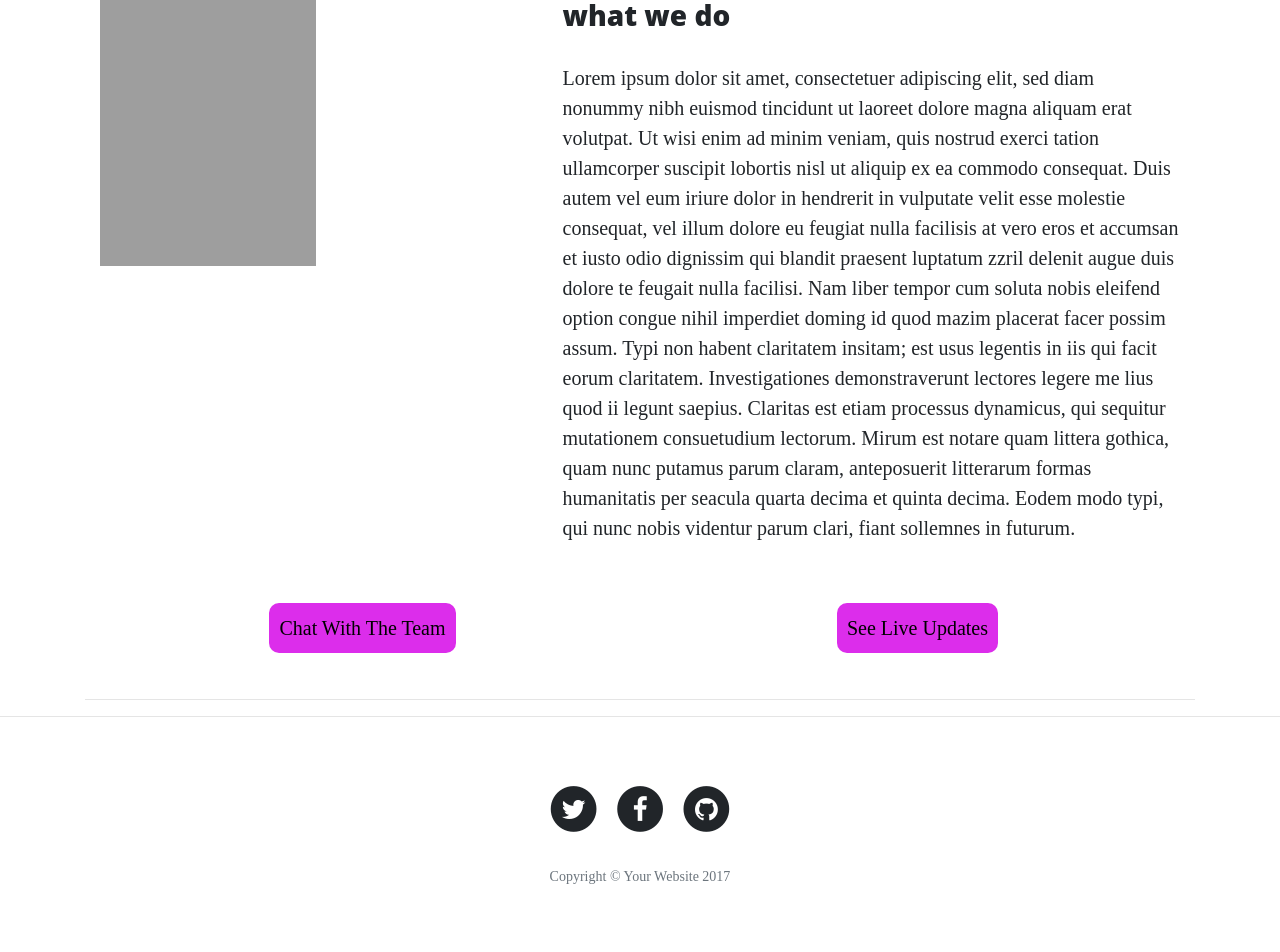
Repository: cachimiro/los-pochoclos
Page: http://localhost/charity
The author's editor kept a record of every edit. The page is drawn from the files as they stood at one moment, then again after the next edit.
The browser window is 1280 px wide. The pictures show the part of the page from y = 1902 to 2854 px (the page is 2854 px tall).
Pictures or frames that could not be fetched are drawn as grey boxes. The page is served by the project's application, run on Flask 3 (run.py).

Above is the page before.

After the next edit:
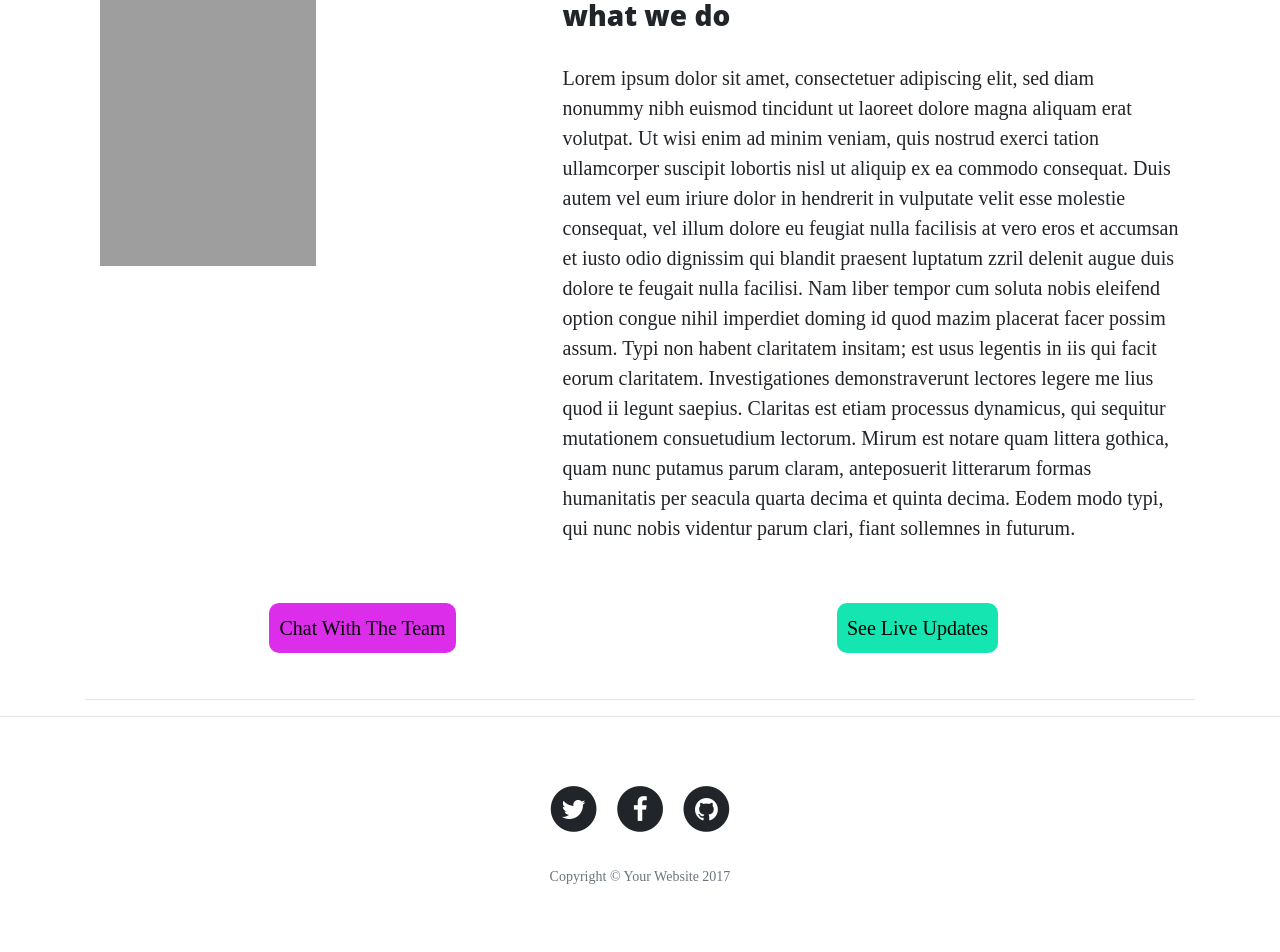
The edit:
--- a/templates/charity.html
+++ b/templates/charity.html
@@ -74,7 +74,7 @@
   border:none;
 }
 .colour-change{
-
+  background-color: #15e5b1;
 }
 
 
